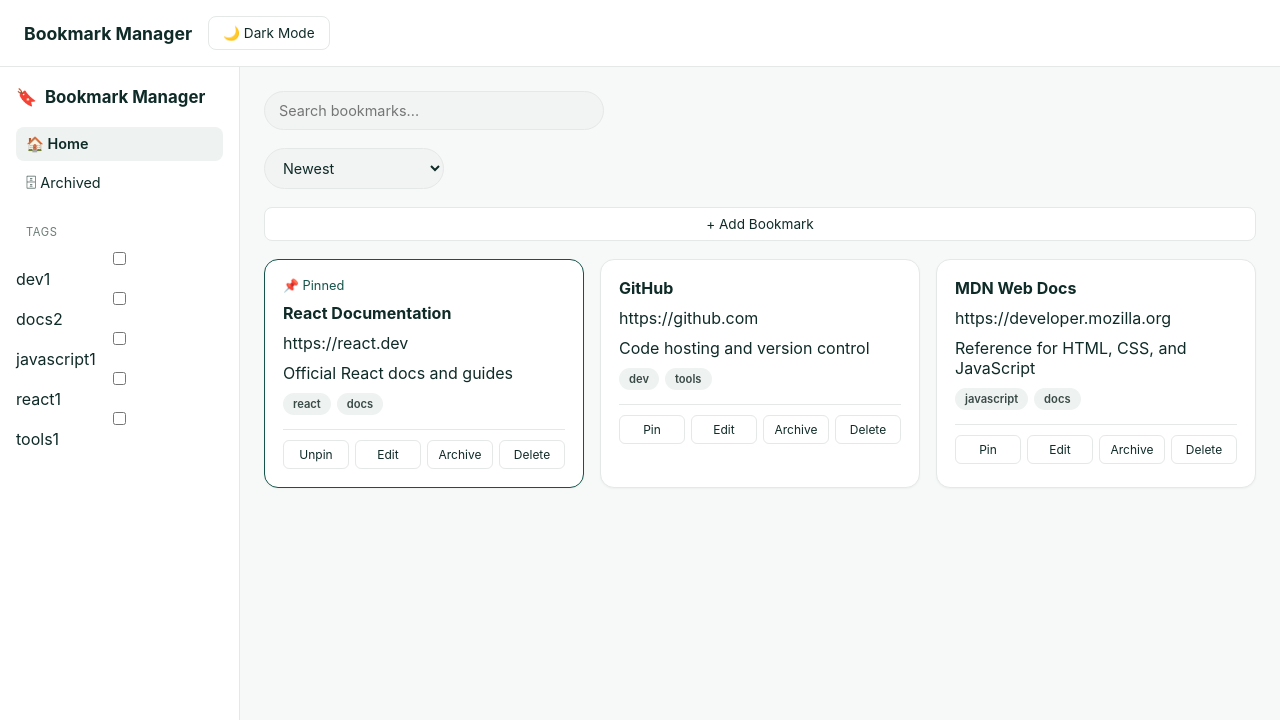
Repository: K0k1M4r/Big-Game-React
Page: /
The author's editor kept a copy of each file at every save. The page is drawn from the files as they stood at one save, then again after a run of saves.
The browser window is 1280 px wide. The pictures show the whole page.
The project was rebuilt for these pictures with package versions that can differ from the ones it lists, and the page was loaded fresh each time. Also part of the build but not shown: vite.config.js, src/components/Modal.jsx, src/components/BookmarkForm.jsx.

Above is the page before, as saved 2026-09-22 22:43:56.

After the next 2 saves:
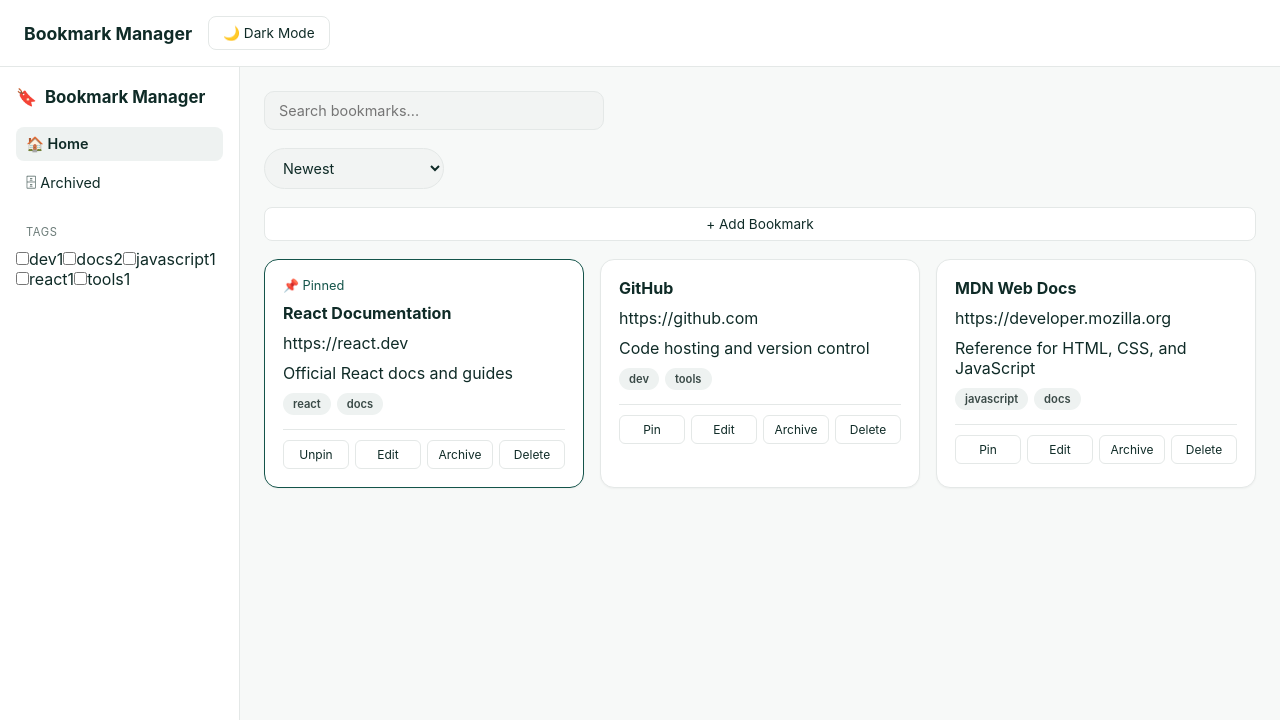
The 2 saves are shown as one change because they came seconds apart.
The last was saved 3 min 13 s later.
--- a/src/index.css
+++ b/src/index.css
@@ -61,7 +61,7 @@
   filter: brightness(0.96);
 }
 
-input,
+input:not([type="checkbox"]),
 textarea,
 select {
   font-family: inherit;
